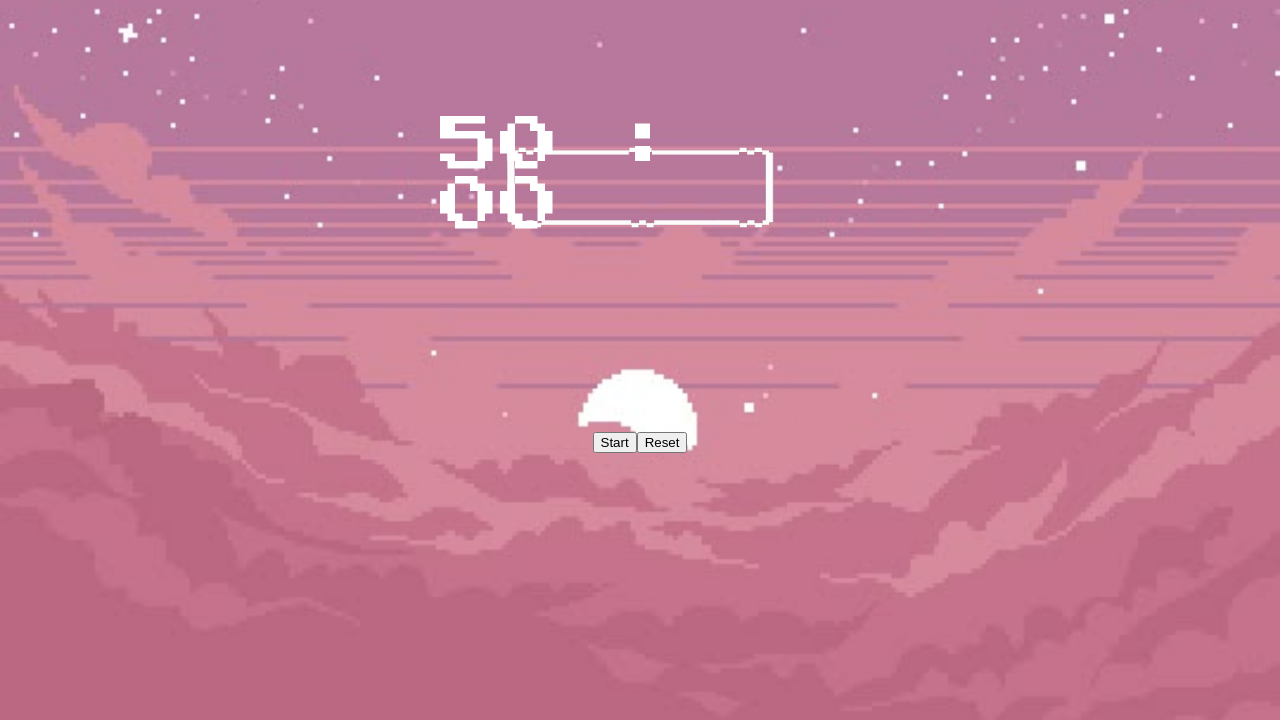
Repository: niharikapatil2306/Study-Timer
Page: index.html
An editor plug-in stored every save of this project. The page is shown before and after a run of saves, followed by the edit.
The browser window is 1280 px wide. The pictures show the whole page.

Above is the page before, as saved 2025-02-15 17:40:48.

### index.html
<!DOCTYPE html>
<html lang="en">
<head>
    <meta charset="UTF-8">
    <meta name="viewport" content="width=device-width, initial-scale=1.0">
    <title>Study Timer</title>
    <link href="https://fonts.googleapis.com/css2?family=Press+Start+2P&display=swap" rel="stylesheet">
    <link rel="stylesheet" href="style.css" />
</head>
<body style="background-color: black;">
    <div class="container">
        <div class="timer">
            <div class="box">
                <span id="min">
                    50
                </span>
                :
                <span id="sec">
                    00
                </span>
            </div>
        </div>
        <div class="button_container">
            <button id="start">
                Start
            </button>
            <button id="reset">
                Reset
            </button>
        </div>
    </div>
    <script src="./clock.js"></script>
</body>
</html>

### style.css
body {
    margin: 0;
    padding: 0;
    background: url("./img/bg.jpeg") no-repeat center center fixed;
    background-size: cover;
}

.container{
    height: 100vh;
}

.box{
    width: 400px;   /* same as your border image width */
    height: 200px;  /* same as your border image height */
    background: url('./img/border1.png') no-repeat center center;
    background-size: 400px 200px;
}

.timer{
    font-family: 'Press Start 2P', monospace;
    height: 60vh;
    font-size: 60px;
    font-weight: 400;
    color: white;
    display: flex;
    align-items: center;
    justify-content: center;
}

.button_container{
    display: flex;
    align-items: center;
    justify-content: center;
}

/* .timer {

    font-size: 50px;
    color: ivory;
    text-rendering: optimizeSpeed;
}

.box{
    width: max-content ;
    border: 1px solid white;
}

span{
    padding: 4px;
    margin: 8px;
}

.container{
    text-align: center;
    width: 100vw;
    height: 100vh;
    display: flex;
    position: relative; */
    /* flex-direction: column;
    justify-content: center;

} */

### clock.js
let timer;
let timeLeft = 50*60 // 50 minutes
const min = document.getElementById("min");
const sec = document.getElementById("sec");
const startBtn = document.getElementById("start");
const resetBtn = document.getElementById("reset");

function updateDisplay(){
    let minutes = Math.floor(timeLeft/60);
    let seconds = timeLeft%60;
    min.textContent = minutes.toString().padStart(2, "0");
    sec.textContent = seconds.toString().padStart(2, "0");
}

startBtn.addEventListener("click", () => {
    if(!timer){
        timer = setInterval(() => {
            if(timeLeft>0){
                timeLeft--;
                updateDisplay();
            }
            else{
                clearInterval(timer);
                timer = null;
                alert("Take a break!!")
            }
        }, 1000);
    }
});

resetBtn.addEventListener("click", () => {
    clearInterval(timer);
    timer = null;
    timeLeft = 50*60;
    updateDisplay();
});

After the next 3 saves:
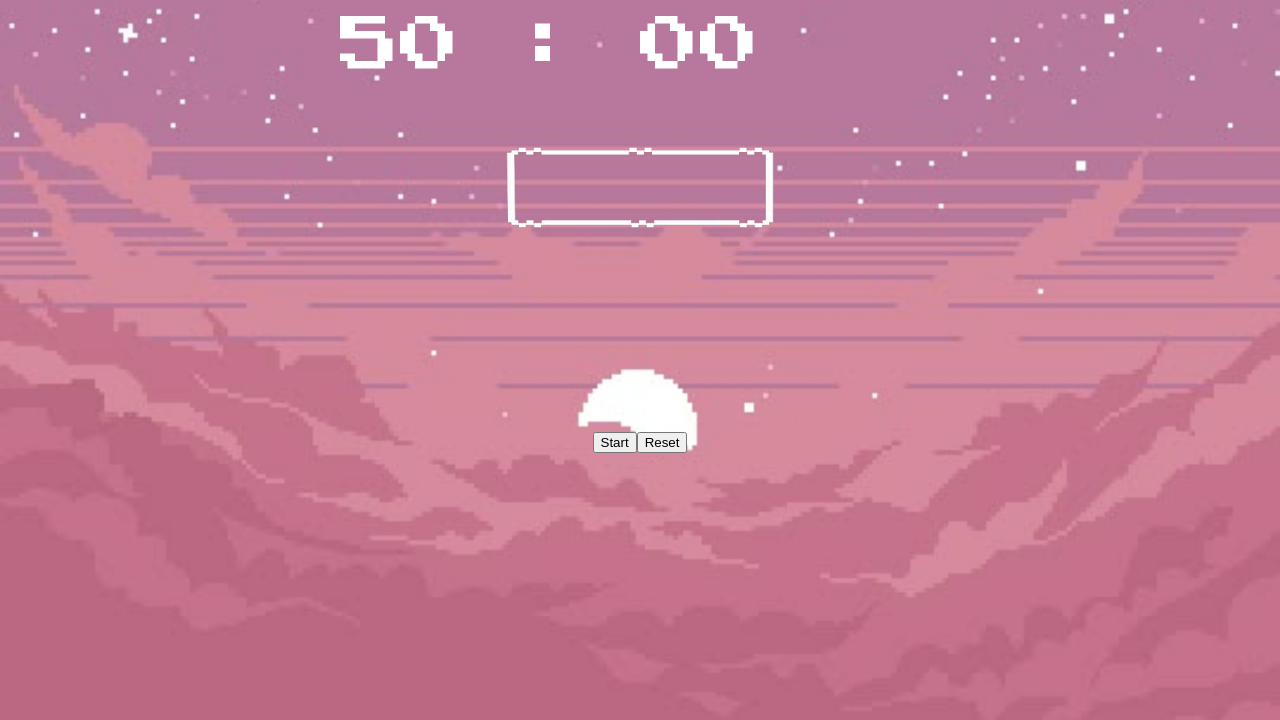
The 3 saves are shown as one change because they came seconds apart.
The last was saved 16 s later.
--- a/style.css
+++ b/style.css
@@ -10,8 +10,8 @@ body {
 }
 
 .box{
-    width: 400px;   /* same as your border image width */
-    height: 200px;  /* same as your border image height */
+    width: 600px;   /* same as your border image width */
+    height: 400px;  /* same as your border image height */
     background: url('./img/border1.png') no-repeat center center;
     background-size: 400px 200px;
 }
